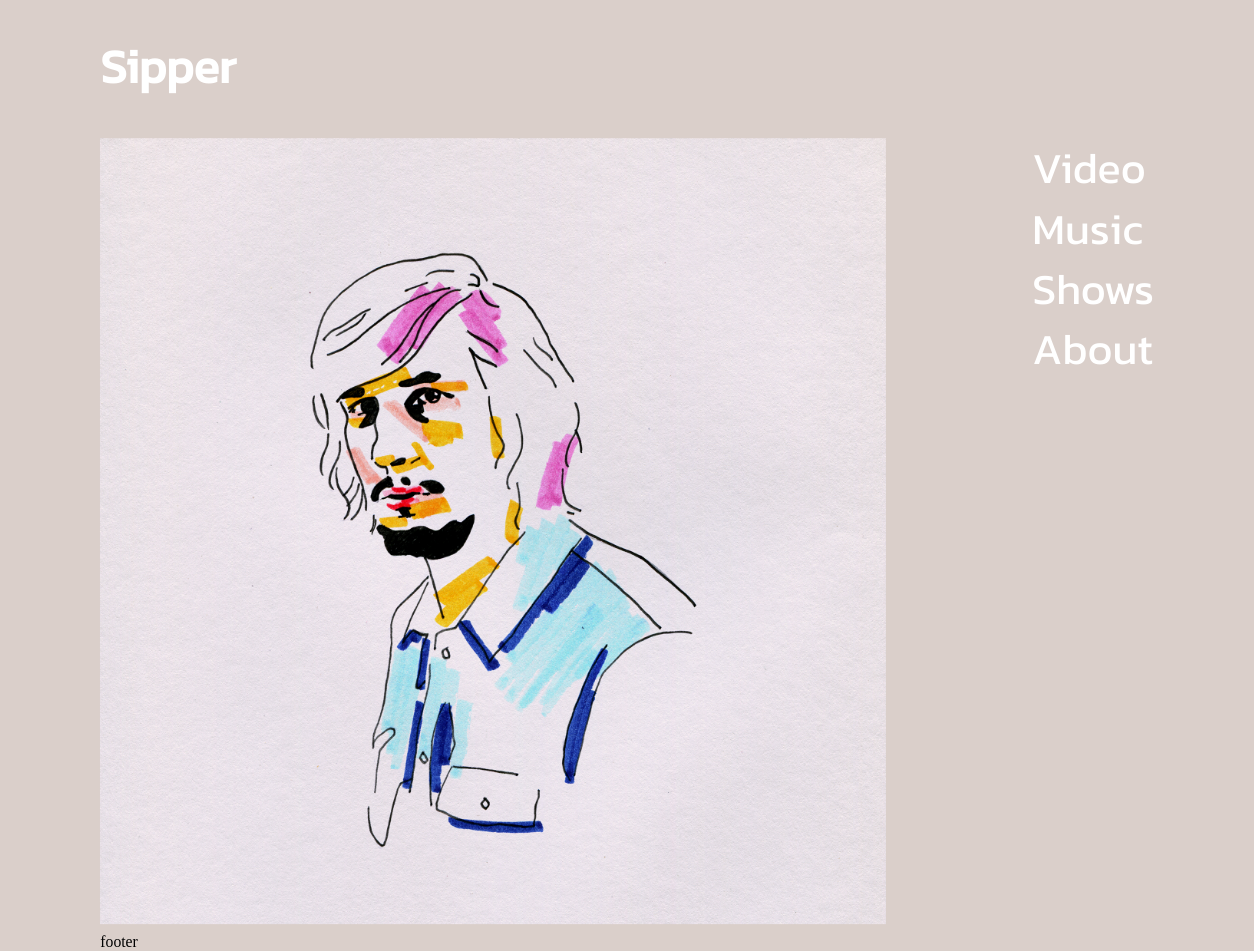
Repository: KrystellBarraza/SipperNYC
Page: home.html
An editor plug-in stored every save of this project. The page is shown before and after the next save, followed by the edit.
The browser window is 1280 px wide. The pictures show the whole page, at 98% of full size.
Some web libraries are served in a nearby version.

Above is the page before, as saved 2019-08-16 10:39:19.

After the next save:
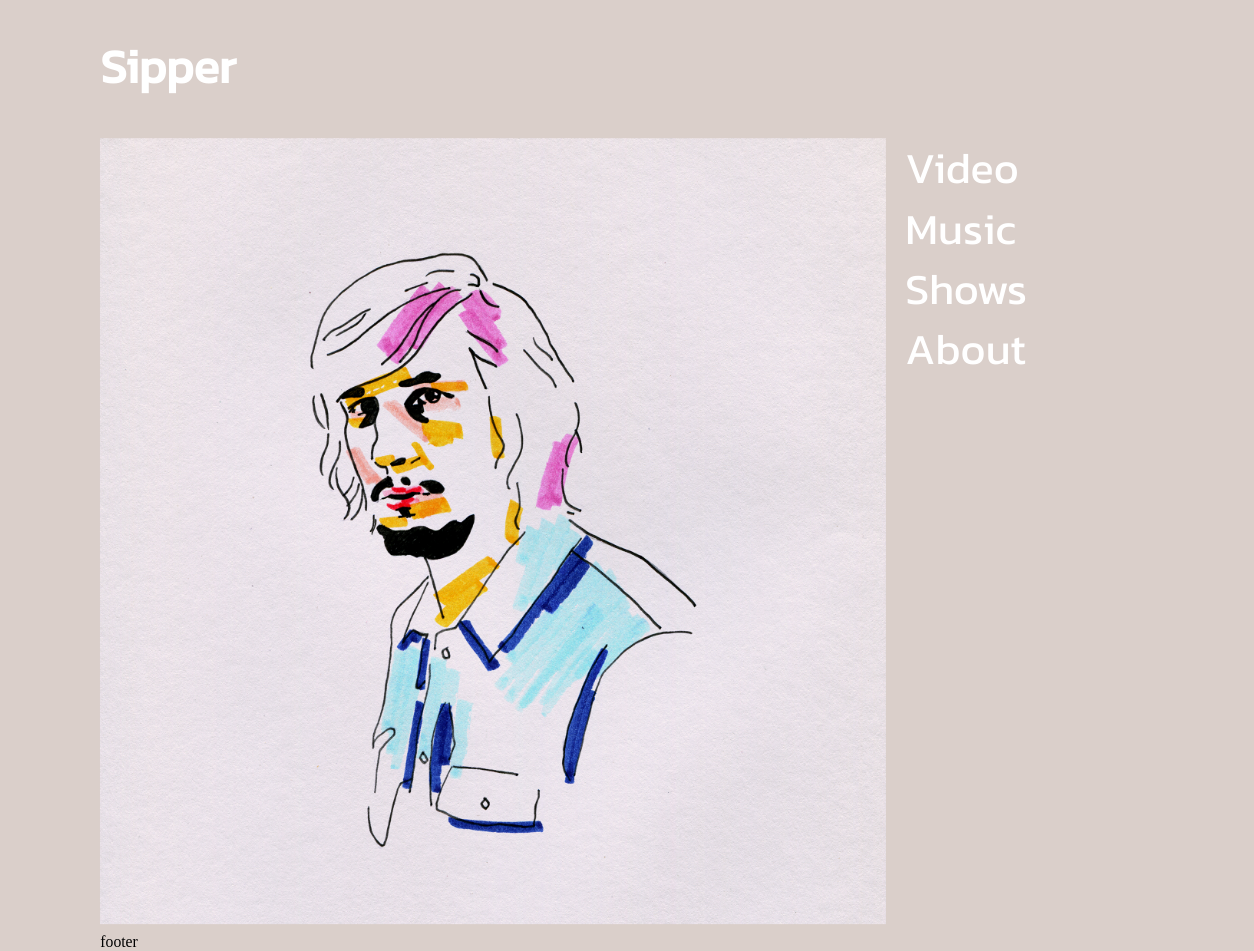
Saved 10 s later.
--- a/style.css
+++ b/style.css
@@ -161,11 +161,11 @@
 .flexbox-nav {
     display: flex;
     align-items: flex-end;
-    justify-content: flex-end;
+
 }
 
 .side-nav {
-
+    align-self: flex-end;
 }
 
 nav > a {

After the save that followed:
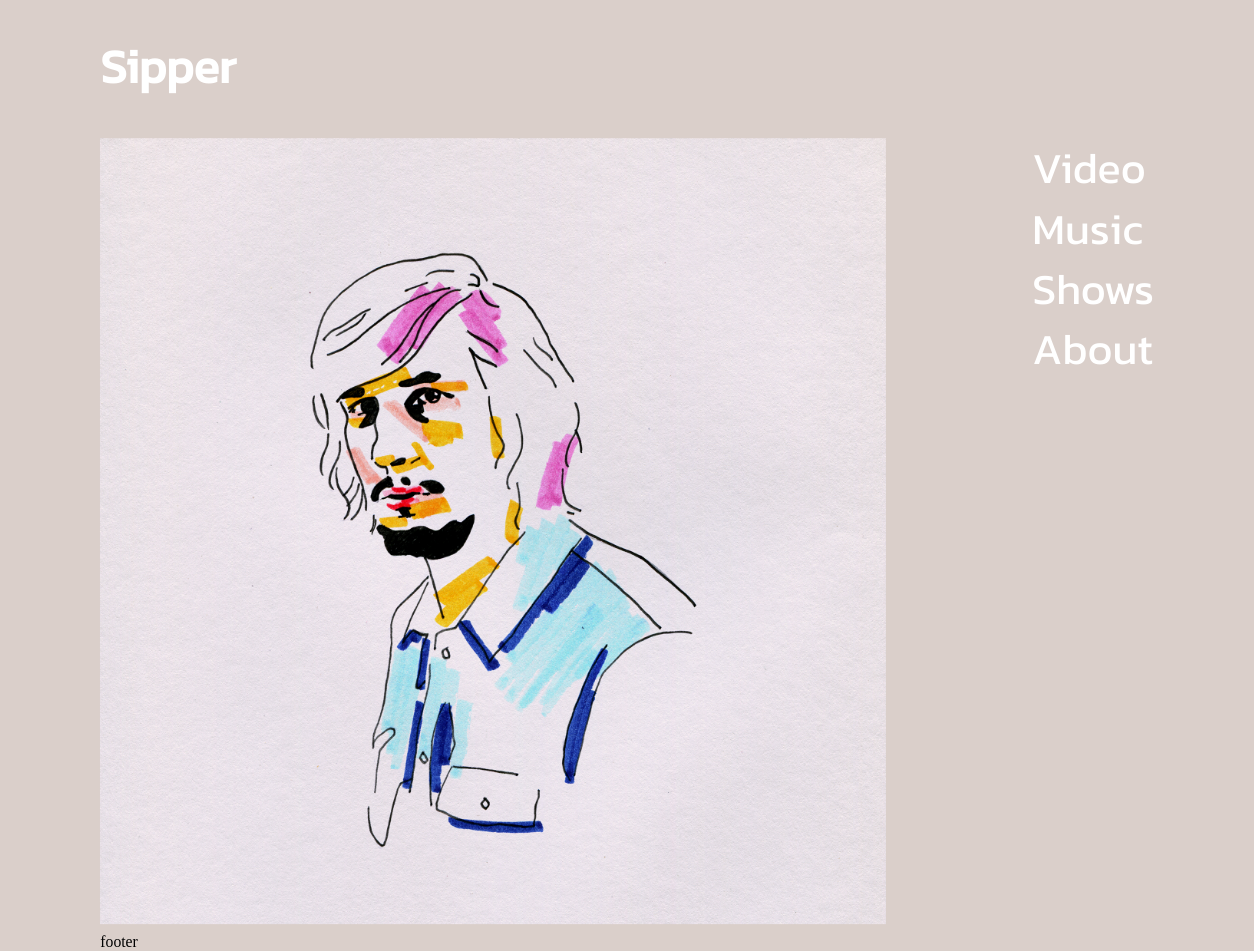
Saved 6 s later.
--- a/style.css
+++ b/style.css
@@ -161,7 +161,7 @@
 .flexbox-nav {
     display: flex;
     align-items: flex-end;
-
+    justify-content: flex-end;
 }
 
 .side-nav {
